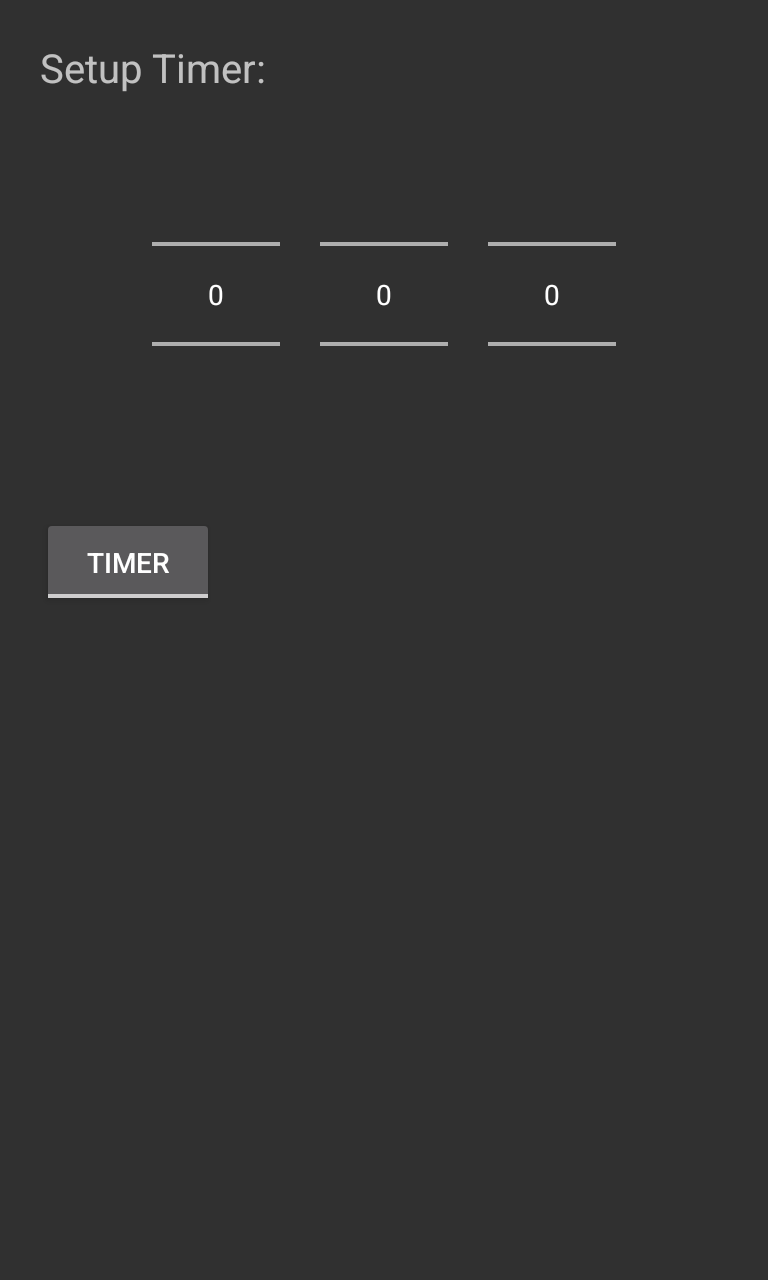
Repository: deanzaka/Shroom-Smart-Terminal
Layout: IOIOShroomST/res/layout/timer.xml
The author's editor kept a copy of each file at every save. The layout is drawn from the files as they stood at one save, then again after the next save.
It is drawn on a 768 x 1280 px phone screen (xhdpi) without system bars, with theme Theme.AppCompat; the app's code is not run.

Above is the layout before, as saved 2014-11-18 10:26:09.

### IOIOShroomST/res/layout/timer.xml
<?xml version="1.0" encoding="utf-8"?>
<LinearLayout xmlns:android="http://schemas.android.com/apk/res/android"
    android:orientation="vertical"
    android:layout_width="fill_parent"
    android:layout_height="fill_parent">

    <TextView
        android:layout_width="wrap_content"
        android:layout_height="wrap_content"
        android:text="@string/timer_setup_label"
        android:textSize="20sp"
        android:paddingTop="20dp"
        android:paddingLeft="20dp"/>

    <RelativeLayout
	    android:layout_width="fill_parent"
	    android:layout_height="wrap_content"
	    android:gravity="center_horizontal"
	    android:paddingTop="10dp">

	    <NumberPicker
		    android:id="@+id/userHour"
		    android:layout_width="wrap_content"
		    android:layout_height="wrap_content"
		    android:layout_marginRight="20dp" />

	    <NumberPicker
		    android:id="@+id/userMin"
		    android:layout_width="wrap_content"
		    android:layout_height="wrap_content"
		    android:layout_toRightOf="@id/userHour"
		    android:layout_marginRight="20dp"/>

	    <NumberPicker
		    android:id="@+id/userSec"
		    android:layout_width="wrap_content"
		    android:layout_height="wrap_content"
		    android:layout_toRightOf="@id/userMin"/>

	</RelativeLayout>

    <ToggleButton
			android:id="@+id/StartTimer"
			android:layout_width="wrap_content"
			android:layout_height="wrap_content"
			android:layout_margin="20dp"
			android:text="@string/timer"
			android:textOn="@string/timer"
			android:textOff="@string/timer"
			/>

</LinearLayout>

### IOIOShroomST/res/values/strings.xml
<?xml version="1.0" encoding="utf-8"?>
<resources>

    <string name="app_name">Shroom - Smart Outlet</string>
    <string name="terminal_1">Plug 1</string>
    <string name="terminal_2">Plug 2</string>
    <string name="terminal_3">Plug 3</string>
    <string name="lamp">Lamp</string>
    <string name="light_label">Light intensity: </string>
    <string name="light_setup_label">Light setup: </string>
    <string name="temp_label">Temperature: </string>
    <string name="temp_setup_label">Temperature setup: </string>
    <string name="timer_setup_label">Setup Timer: </string>
    <string name="cel_label">celcius</string>
    <string name="lux_label">lux</string>
    <string name="auto_label">Auto Mode</string>
    <string name="action_sensors">Sensors</string>
    <string name="action_settings">Setting</string>
    <string name="action_timer">Timer</string>
    <string name="yes_answer">Yes</string>
    <string name="no_answer">No</string>
    <string name="title_activity_settings">Settings</string>
    <string name="hello_world">Hello world!</string>
    <string name="title_activity_sensors">Sensors</string>
    <string name="light_sensor">Light</string>
    <string name="temp_sensor">Temp</string>
    <string name="timer">Timer</string>
    <string name="title_activity_timer">Timer</string>

</resources>

After the next save:
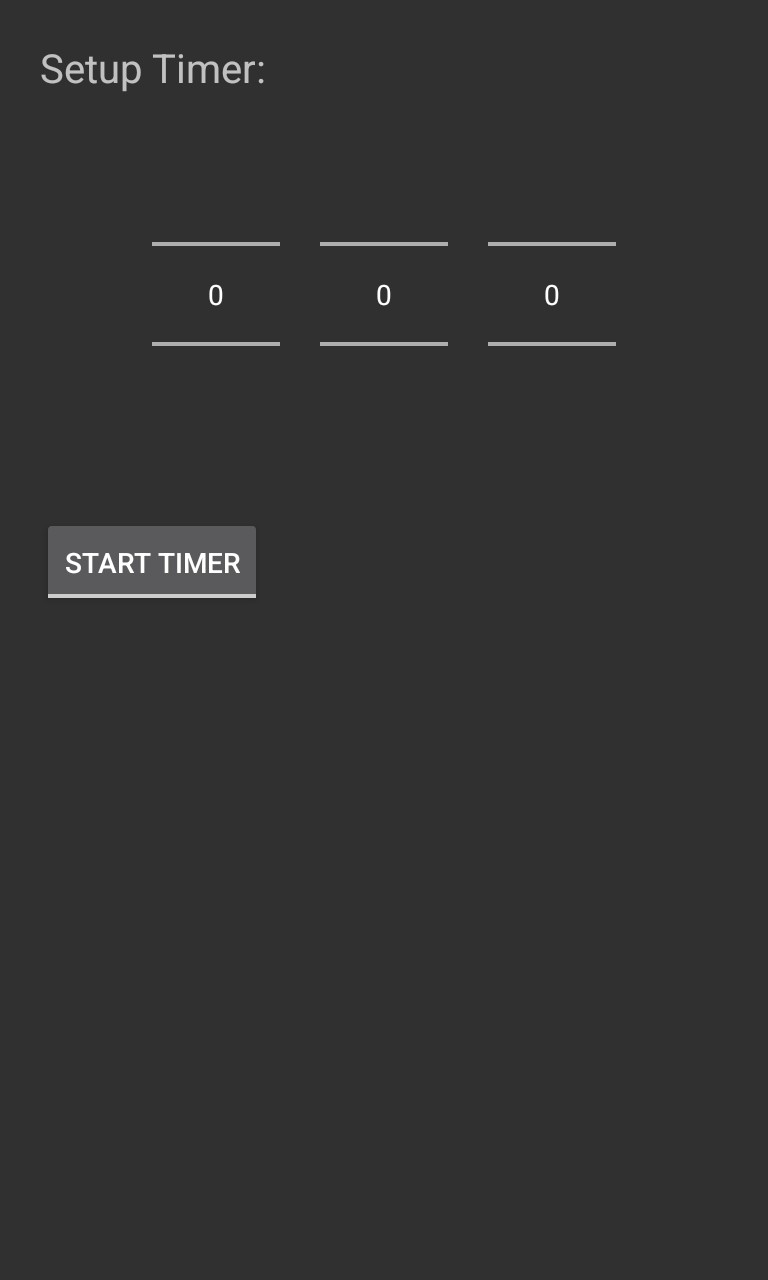
Saved 24 s later.
--- a/IOIOShroomST/res/layout/timer.xml
+++ b/IOIOShroomST/res/layout/timer.xml
@@ -45,8 +45,8 @@
 			android:layout_height="wrap_content"
 			android:layout_margin="20dp"
 			android:text="@string/timer"
-			android:textOn="@string/timer"
-			android:textOff="@string/timer"
+			android:textOn="Stop Timer"
+			android:textOff="Start Timer"
 			/>
 
 </LinearLayout>
